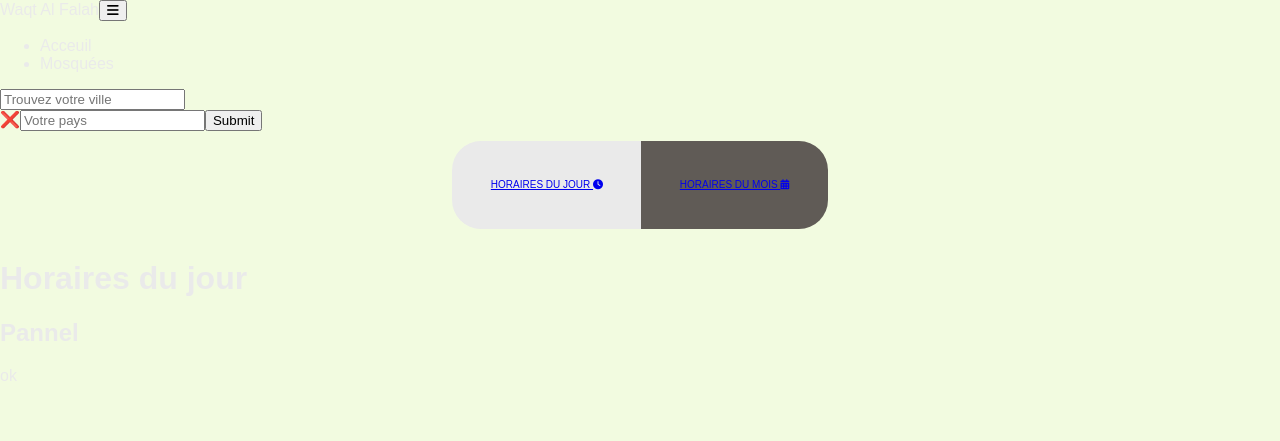
Repository: Lhourquin/Repo-Developpement-React-Prayer-Times
Page: /
The author's editor kept a copy of each file at every save. The page is drawn from the files as they stood at one save, then again after the next save.
The browser window is 1280 px wide. The pictures show the whole page.
The page's requests for data from a server got no answer. Some web libraries are served in a nearby version. The project was rebuilt for these pictures with package versions that can differ from the ones it lists, and the page was loaded fresh each time. No one was signed in, and anything a server would have sent is missing. Also part of the build but not shown: src/components/navbar/NavBar.css, src/components/search-bar/searchbar.css, src/components/calendar-list/row-list.css, src/components/calendar-list/row-list.component.jsx, src/components/Calendar.js, src/components/day-list/horaireslist.css, src/components/time-table-pannel/pannel.css, src/components/DateNow.js.

Above is the page before, as saved 2022-01-30 18:30:39.

### public/index.html
<!doctype html>
<html lang="en">
  <head>
    <meta charset="utf-8">
    <meta name="viewport" content="width=device-width, initial-scale=1">
    <!--
      Notice the use of %PUBLIC_URL% in the tag above.
      It will be replaced with the URL of the `public` folder during the build.
      Only files inside the `public` folder can be referenced from the HTML.

      Unlike "/favicon.ico" or "favicon.ico", "%PUBLIC_URL%/favicon.ico" will
      work correctly both with client-side routing and a non-root public URL.
      Learn how to configure a non-root public URL by running `npm run build`.

    -->
    <script src="https://kit.fontawesome.com/565d41f5d4.js" crossorigin="anonymous"></script>
    <title>React App</title>
  </head>
  <body>
    <div id="root"></div>
    <!--
      This HTML file is a template.
      If you open it directly in the browser, you will see an empty page.

      You can add webfonts, meta tags, or analytics to this file.
      The build step will place the bundled scripts into the <body> tag.

      To begin the development, run `npm start`.
      To create a production bundle, use `npm run build`.
    -->
  </body>
</html>

### src/index.js
import React from 'react';
import ReactDOM from 'react-dom';
import App from './App';
import { BrowserRouter } from 'react-router-dom';
import './index.css';


ReactDOM.render(
  <BrowserRouter>
    <App />
  </BrowserRouter>,
  document.getElementById('root')
);

### src/App.js
import React, { Component } from "react";
import { NavBar } from "./components/navbar/NavBar";
import { SearchBar } from "./components/search-bar/SearchBar";
import NavBarTodayAndMounth from "./components/navbar-today-mounth/NavBarTodayAndMounth";
import Calendar from "./components/Calendar";
import Day from "./components/Day";
import { Routes, Route} from "react-router-dom";

//import { HorairesList } from "./components/day-list/horaires.list";
import "./App.css";

class App extends Component {
  render() {
    return (
      <>
      <header>
        <NavBar/>
          <SearchBar/>
          <NavBarTodayAndMounth />
      </header>


          <Routes>
            <Route path="/" element={<Day/>} />
            <Route path="/calendar" element={<Calendar/>}/>
          </Routes>
      </>
    );
  }
}

export default App;

### src/components/navbar/NavBar.js
import React, { useState } from "react";
import "./NavBar.css";

export const NavBar = () => {
  const [buttonBurgerIsClicked, setButtonBurgerIsClicked] = useState(true);

  const handleNavButtonBurgerClick = () => {
    setButtonBurgerIsClicked((isFalse) => !isFalse);
  };

  return (
    <nav className="NavBar__nav" style={(buttonBurgerIsClicked ? {}: {height : 128})}>
        <span className="NavBar__nav__span--site-name">Waqt Al Falah</span>
        <button
          className="NavBar__nav__button--button-burger"
          onClick={handleNavButtonBurgerClick}
        >
          <i className="fas fa-bars web-font NavBar__nav__button__i--button-burger"></i>
        </button>

      <ul
        className={
          "NavBar__nav__ul " +
          (buttonBurgerIsClicked ? "closeNavigation" : "openNavigation ")
        }
      >
        <li className="NavBar__nav__ul__li--home">Acceuil</li>
        <li className="NavBar__nav__ul__li--masjid">Mosquées</li>
      </ul>
    </nav>
  );
};

### src/components/search-bar/SearchBar.js
import React, { useState } from "react";
import "./searchbar.css";

export const SearchBar = ({ handleChange }) => {
  const [toggleInput, setToggleInput] = useState(true);

  const handleToggle = () => {
    console.log(toggleInput);
    setToggleInput(false);
  };

  const closeSearch = () => {
    setToggleInput(true);
  };

  return (
    <form className="SearchBar__form">
      {/*
      <div className="SearchBar__form__div--container-parametter-degree">
        <button className="SearchBar__form__div--container__button"><i className="fas fa-ruler-combined"></i></button>
      </div>
      */}
      <div className="form__div--find-city-container">
        <input
          className="form__input--city"
          type="text"
          name="city"
          placeholder={toggleInput ? "Trouvez votre ville" : "Votre ville"}
          onClick={handleToggle}
        />
      </div>
      <div className={toggleInput ? "isClose" : " isOpen"}>
        <span className="cross" onClick={closeSearch}>
          ❌
        </span>
        <input
          className="form__input--country"
          type="text"
          name="country"
          placeholder="Votre pays"
        />

        <button>Submit</button>
      </div>
    </form>
  );
};

### src/components/navbar-today-mounth/NavBarTodayAndMounth.js
import React from "react";
import { Link } from "react-router-dom";
import "./navbar-today-and-mounth.css";
const NavBarTodayAndMounth = () => {
  return (
    <nav className="NavBarTodayAndMounth__nav">
      <ul className="NavBarTodayAndMounth__nav__ul">
        <li className="NavBarTodayAndMounth__nav__ul__li--today raise">
          <Link to="/" className="NavBarTodayAndMounth__nav__ul__li__Link">
            HORAIRES DU JOUR                  <i className="fa-solid fa-clock"></i>{" "}

          </Link>
        </li>
        <li className="NavBarTodayAndMounth__nav__ul__li--month raise">
          <Link
            to="/calendar"
            className="NavBarTodayAndMounth__nav__ul__li__Link"
          >
            HORAIRES DU MOIS          <i className="fa-solid fa-calendar-days"></i>

          </Link>
        </li>
      </ul>
    </nav>
  );
};

export default NavBarTodayAndMounth;

### src/components/Day.js
import React, { Component } from "react";
import { HorairesList } from "./day-list/horaireslist.component";
import { Pannel } from "./time-table-pannel/pannel.component";
import CountDown from "./CountDown";


class Day extends Component {
  constructor() {
    super();
    this.state = {
      today: [],
      searchField: "Paris",
    };
  }

  componentDidMount() {
    fetch(
      `https://api.aladhan.com/v1/timingsByCity?country=France&method=2&city=${this.state.searchField}`
    )
      .then((Response) => Response.json())
      .then((result) => this.setState({ today: [result] }));
  }

  render() {
    return (
      <div>
        <h1>Horaires du jour</h1>

        <HorairesList today={this.state.today} />
        <h2>Pannel</h2>
        <Pannel today={this.state.today} searchField={this.state.searchField} />
        <CountDown/>

      </div>
    );
  }
}

export default Day;

### src/App.css
@import url('https://fonts.googleapis.com/css2?family=Nunito:wght@200&display=swap');
body{
  background : #F2FBE0;
  background-attachment: fixed;
  color : #EAEAEA;
  font-family: 'Nunito', sans-serif;
  margin : 0;
}

### src/components/navbar-today-mounth/navbar-today-and-mounth.css
.NavBarTodayAndMounth__nav {
  display: -webkit-box;
  display: -ms-flexbox;
  display: flex;
  -webkit-box-pack: center;
      -ms-flex-pack: center;
          justify-content: center;
}

.NavBarTodayAndMounth__nav .NavBarTodayAndMounth__nav__ul {
  list-style: none;
  display: -webkit-box;
  display: -ms-flexbox;
  display: flex;
  -webkit-box-pack: center;
      -ms-flex-pack: center;
          justify-content: center;
  padding: 0%;
  font-size: 10px;
  width: 100%;
  text-align: center;
}

.NavBarTodayAndMounth__nav .NavBarTodayAndMounth__nav__ul .NavBarTodayAndMounth__nav__ul__li__Link-today {
  -webkit-text-decoration-line: none;
          text-decoration-line: none;
  color: #605b56;
}

.NavBarTodayAndMounth__nav .NavBarTodayAndMounth__nav__ul .NavBarTodayAndMounth__nav__ul__li__Link-mounth {
  -webkit-text-decoration-line: none;
          text-decoration-line: none;
  color: #eaeaea;
}

.NavBarTodayAndMounth__nav .NavBarTodayAndMounth__nav__ul .NavBarTodayAndMounth__nav__ul__li--today {
  border-top: 0;
  border-bottom: 0;
  border-left: 0;
  border-right: 0;
  border-style: solid;
  border-radius: 29px 0 0 29px;
  padding: 3%;
  background-color: #eaeaea;
}

.NavBarTodayAndMounth__nav .NavBarTodayAndMounth__nav__ul .NavBarTodayAndMounth__nav__ul__li--month {
  border-top: 0;
  border-bottom: 0;
  border-left: 0;
  border-right: 0;
  border-style: solid;
  border-radius: 0 29px 29px 0;
  padding: 3%;
  background-color: #605b56;
}
/*# sourceMappingURL=navbar-today-and-mounth.css.map */

### src/components/day-list/horaireslist.component.jsx
import React from "react";
import "./horaireslist.css";
export const HorairesList = (props) => {
  //console.log(props.map(x=> x.data.data.timings.Fajr))
  return (
    <div>
      {props.today.map((obj, index) => (
        <div key={index}>
          <p>{obj.data.date.gregorian.date}</p>
          <p>{obj.data.timings.Fajr}</p>
          <p>{obj.data.timings.Sunrise}</p>
          <p>{obj.data.timings.Dhuhr}</p>
          <p>{obj.data.timings.Asr}</p>
          <p>{obj.data.timings.Maghrib}</p>
          <p>{obj.data.timings.Isha}</p>
        </div>
      ))}
    </div>
  );
};

### src/components/time-table-pannel/pannel.component.jsx
import React from "react";
import "./pannel.css";
import DateNow from "../DateNow";
export const Pannel = (props) => {

  return (
    <div>
      {props.today.map((obj, index) => (
        <div className="pannel" key={index}>
          <h2>{props.searchField}</h2>
          <DateNow/>
          <p>{obj.data.date.gregorian.date}</p>
          <p>{obj.data.timings.Fajr}</p>
          <p>{obj.data.timings.Sunrise}</p>
          <p>{obj.data.timings.Dhuhr}</p>
          <p>{obj.data.timings.Asr}</p>
          <p>{obj.data.timings.Maghrib}</p>
          <p>{obj.data.timings.Isha}</p>
        </div>
      ))}
    </div>
  );
};

### src/components/CountDown.js
import moment from "moment";
import React, { Component } from "react";

class CountDown extends Component {
  constructor() {
    super();
    this.state = {
      fajr: moment([7, 0], "HH:mm"),
    };
  }

  render() {
    return (
    <div>ok{console.log(this.state.fajr)}</div>
    )
  }

  /* let eventTime= 1366549200; // Timestamp - Sun, 21 Apr 2013 13:00:00 GMT
let currentTime = 1366547400; // Timestamp - Sun, 21 Apr 2013 12:30:00 GMT
let diffTime = eventTime - currentTime;
let duration = moment.duration(diffTime*1000, 'milliseconds');
let interval = 1000;

setInterval(function(){
  duration = moment.duration(duration - interval, 'milliseconds');
    $('.countdown').text(duration.hours() + ":" + duration.minutes() + ":" + duration.seconds())
}, interval);*/
}

export default CountDown;

Loaded but not shown: src/index.css (common file)

After the next save:
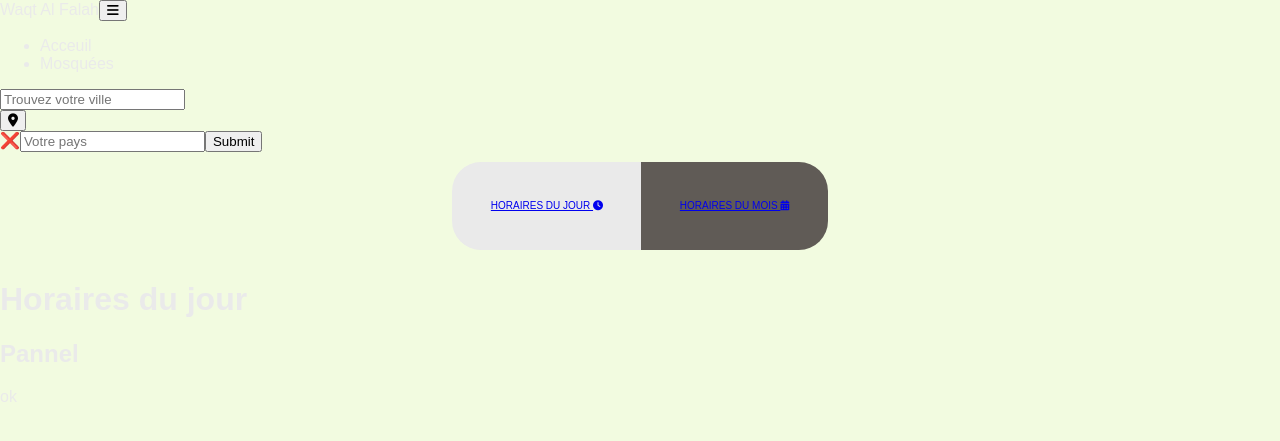
Saved 2 min 14 s later.
--- a/src/components/search-bar/SearchBar.js
+++ b/src/components/search-bar/SearchBar.js
@@ -20,7 +20,7 @@
         <button className="SearchBar__form__div--container__button"><i className="fas fa-ruler-combined"></i></button>
       </div>
       */}
-      <div className="form__div--find-city-container">
+      <div className="SearchBar__form--find-city-container">
         <input
           className="form__input--city"
           type="text"
@@ -29,6 +29,7 @@
           onClick={handleToggle}
         />
       </div>
+      <button className="SearchBar__form__div--container__button"><i className="fas fa-map-marker-alt"></i></button>
       <div className={toggleInput ? "isClose" : " isOpen"}>
         <span className="cross" onClick={closeSearch}>
           ❌

After the save that followed:
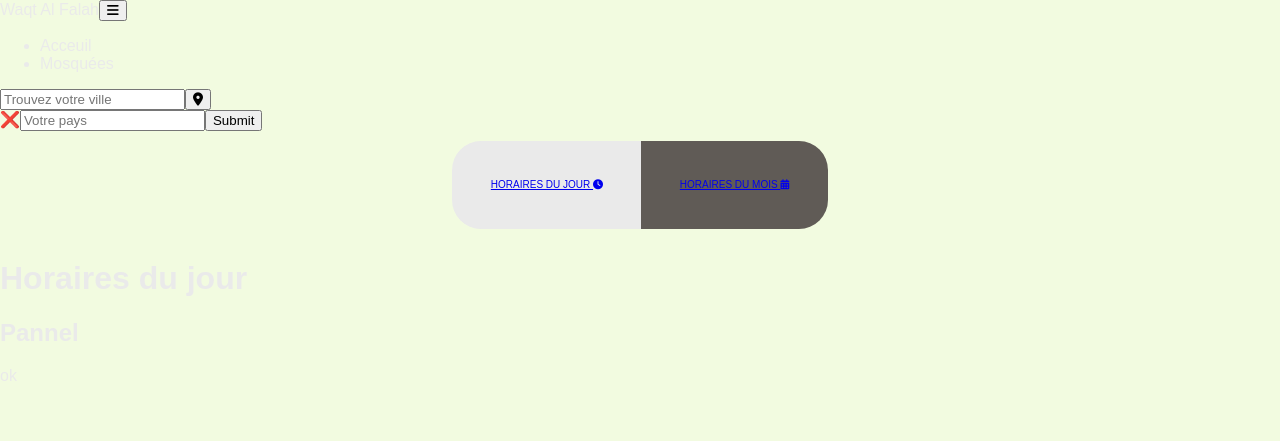
Saved 28 s later.
--- a/src/components/search-bar/SearchBar.js
+++ b/src/components/search-bar/SearchBar.js
@@ -28,8 +28,11 @@
           placeholder={toggleInput ? "Trouvez votre ville" : "Votre ville"}
           onClick={handleToggle}
         />
+         <button className="SearchBar__form__div--container__button">
+        <i className="fas fa-map-marker-alt"></i>
+      </button>
       </div>
-      <button className="SearchBar__form__div--container__button"><i className="fas fa-map-marker-alt"></i></button>
+
       <div className={toggleInput ? "isClose" : " isOpen"}>
         <span className="cross" onClick={closeSearch}>
           ❌
